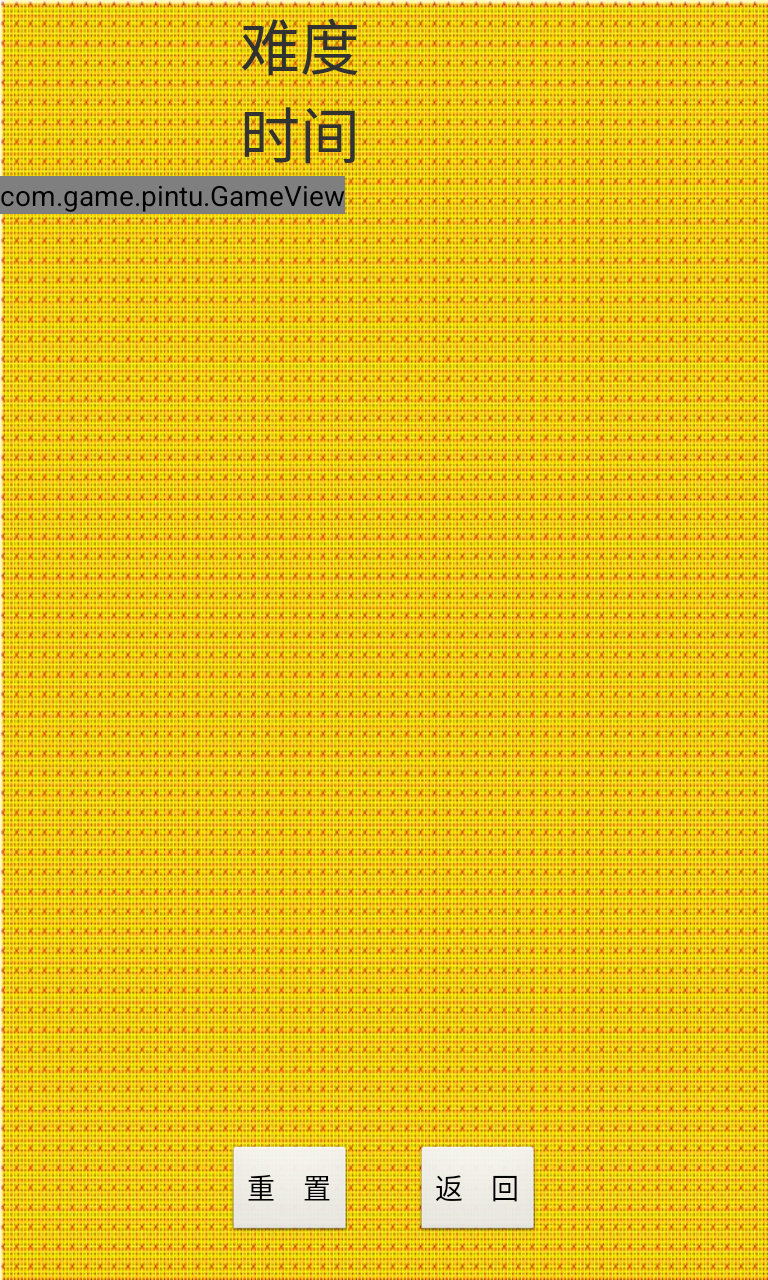
Repository: hosle/gad2
Layout: Pintu/res/layout/new_game.xml
These files come from the project's save history. The layout is drawn as it stood at one moment and after the next save; the edit follows.
Pictures or frames that could not be fetched are drawn as grey boxes. It is drawn on a 768 x 1280 px phone screen (xhdpi) without system bars, with theme AppTheme; the app's code is not run.

Above is the layout before, as saved 2015-03-12 03:16:17.

After the next save:
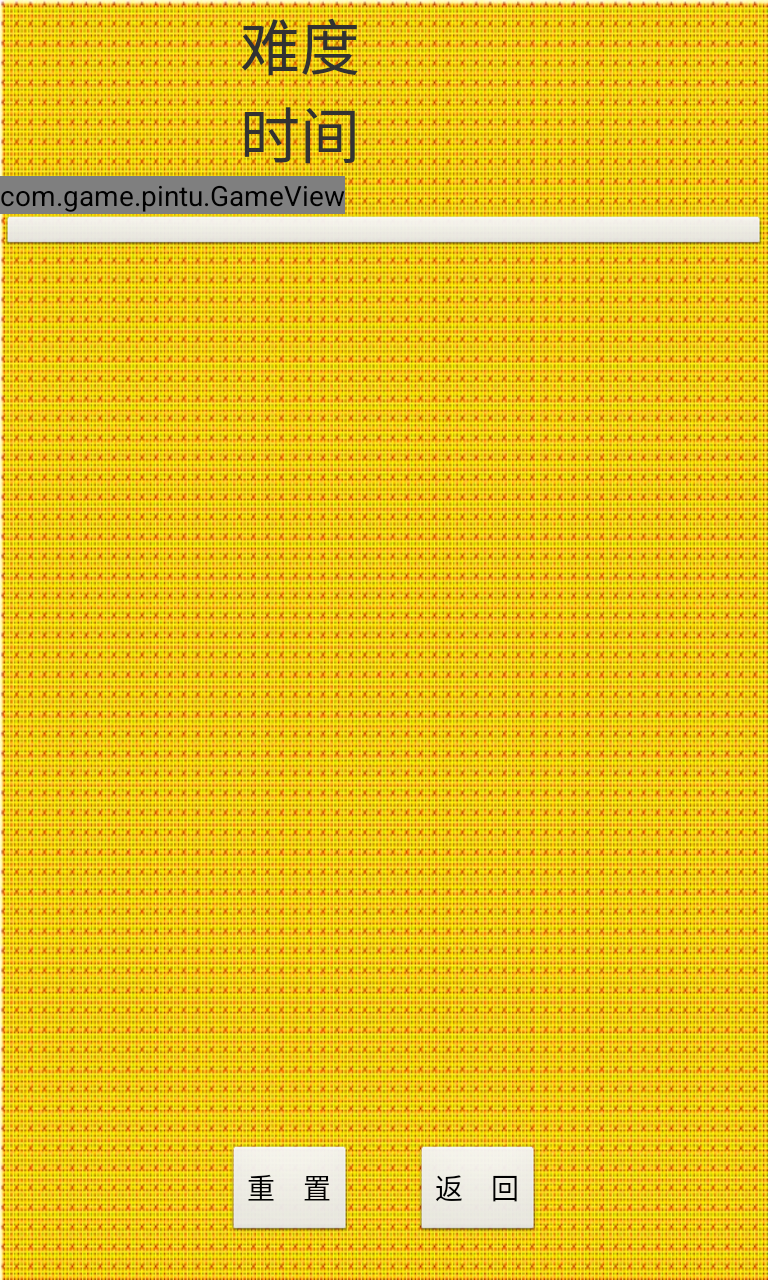
Saved 66 min 2 s later.
--- a/Pintu/res/layout/new_game.xml
+++ b/Pintu/res/layout/new_game.xml
@@ -29,6 +29,12 @@
 	    android:id="@+id/view"
 
 	    />
+	         <Button
+            android:id="@+id/btn_sendgame"
+            android:layout_width="match_parent"
+            android:layout_height="20dp"
+            android:text="分享游戏给好友"
+            />
 
 
         <LinearLayout
@@ -56,12 +62,7 @@
 
         </LinearLayout>
 
-        <Button
-            android:id="@+id/btn_sendgame"
-            android:layout_width="match_parent"
-            android:layout_height="20dp"
-            android:text="分享游戏给好友"
-            />
+
 
 
 
